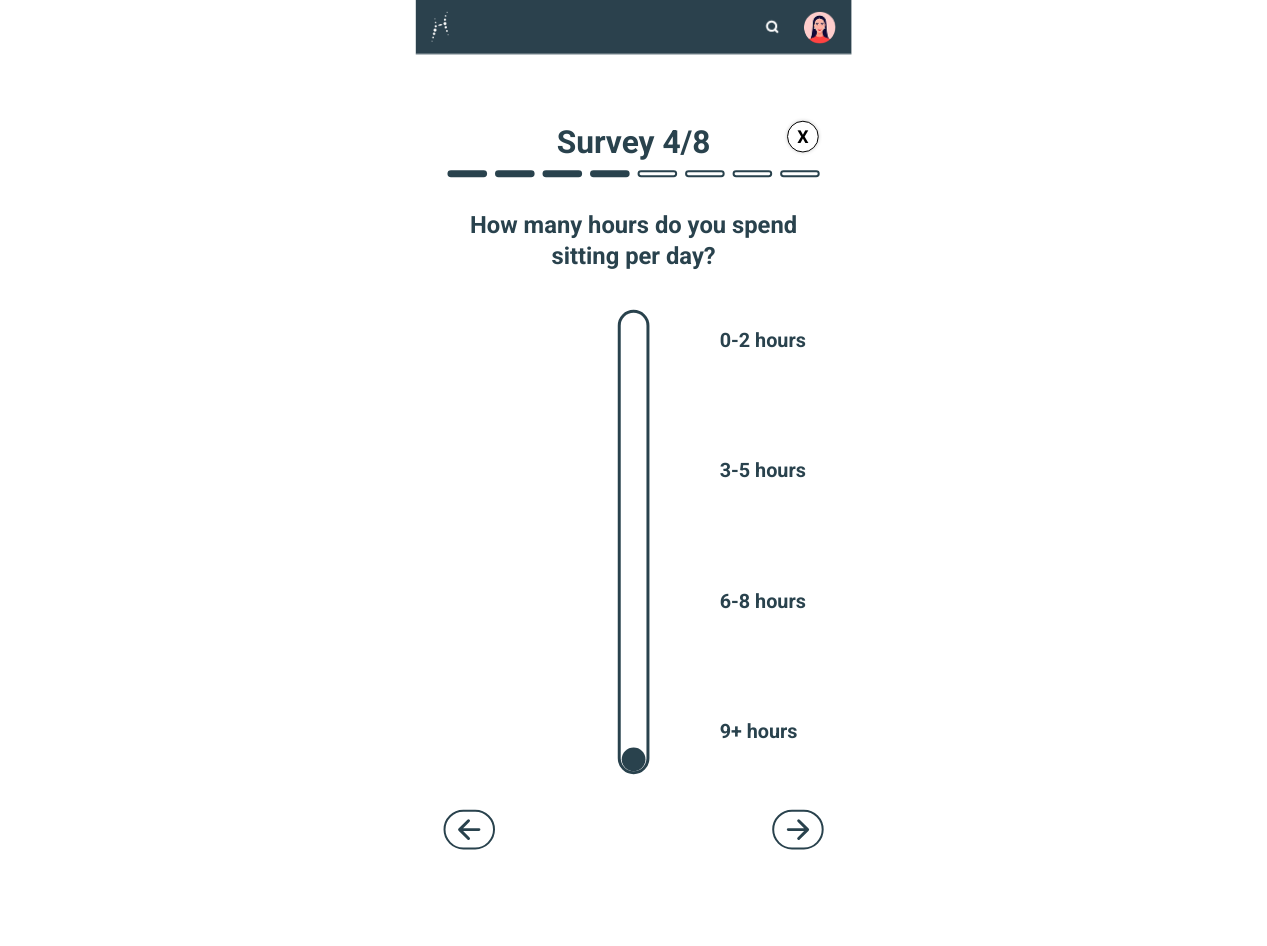
Repository: patcha-d3/heal_u
Page: /onboarding/step-four
The author's editor kept a copy of each file at every save. The page is drawn from the files as they stood at one save, then again after the next save.
The browser window is 1280 px wide. The pictures show the whole page, at 99% of full size.
The project was rebuilt for these pictures with package versions that can differ from the ones it lists, and the page was loaded fresh each time. The framework's server and built-in components were replaced by stand-ins that run in the browser. Also part of the build but not shown: next.config.js, next.config.mjs, ui/Bottomnav/Bottomnav.module.css, ui/Bottomnav/Bottomnav.js, ui/SurveyProgress/Surveyprogress.css.

Above is the page before, as saved 2025-05-16 18:16:45.

After the next save:
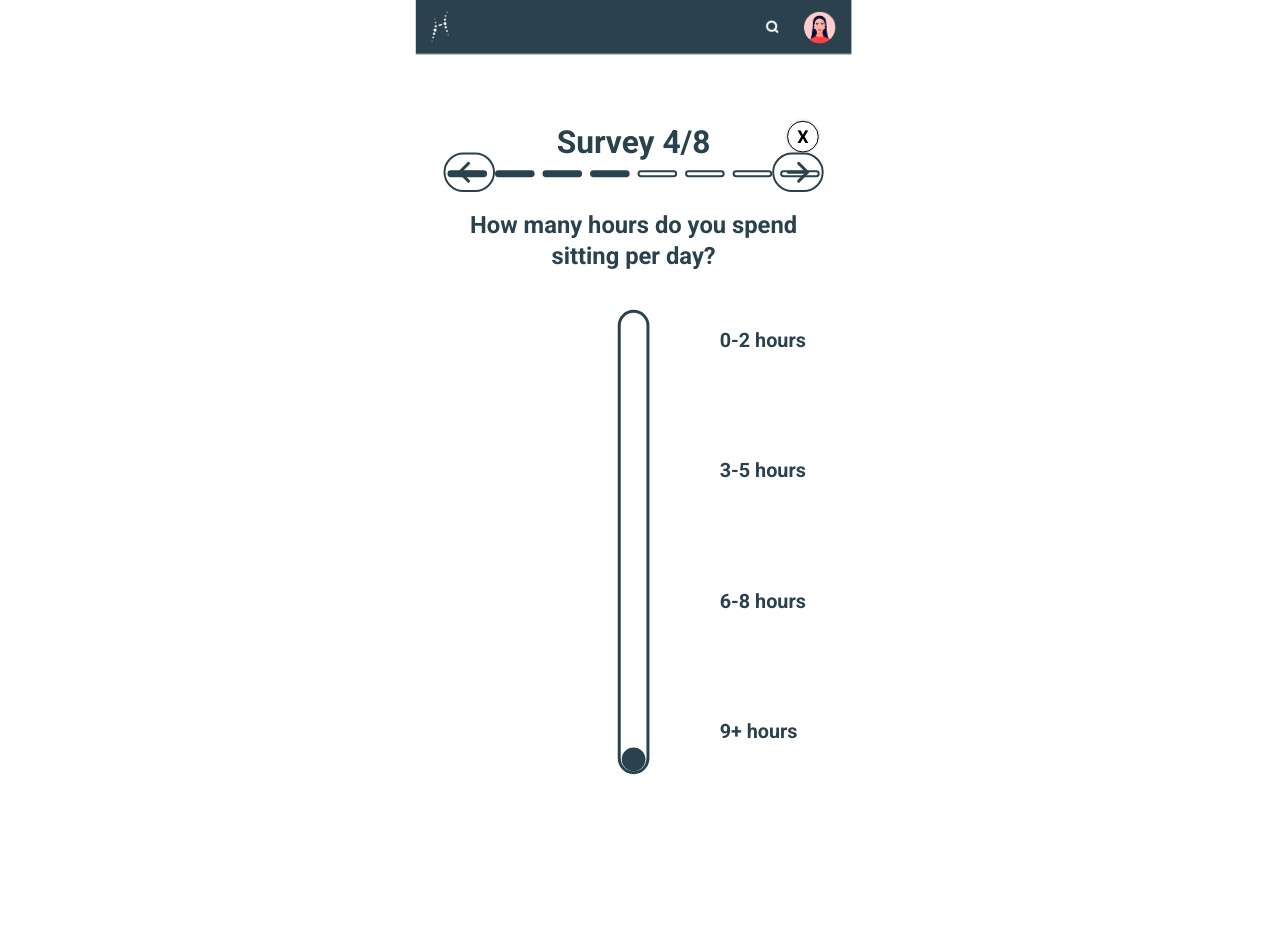
Saved 31 s later.
--- a/app/onboarding/step-four/page.js
+++ b/app/onboarding/step-four/page.js
@@ -14,14 +14,10 @@
 	const totalSteps = 8;
 	const router = useRouter();
 
-	const handleSliderChange = (value) => {
-		setSelectedHours(value);
-	};
-
 	return (
 		<div className='w-[406px] h-[800px] relative'>
 			<ExitChip className='absolute top-[16px] right-[16px]' />
-			<div className='absolute bottom-[48px] left-0 right-0 flex justify-between px-[11px]'>
+			<div className='absolute top-[48px] left-0 right-0 flex justify-between px-[11px]'>
 				<ButtonBack
 					onClick={() =>
 						router.push(
@@ -53,7 +49,7 @@
 						<Verticalslider
 							value={selectedHours}
 							onChange={
-								handleSliderChange
+								setSelectedHours
 							}
 						/>
 					</div>

After the save that followed:
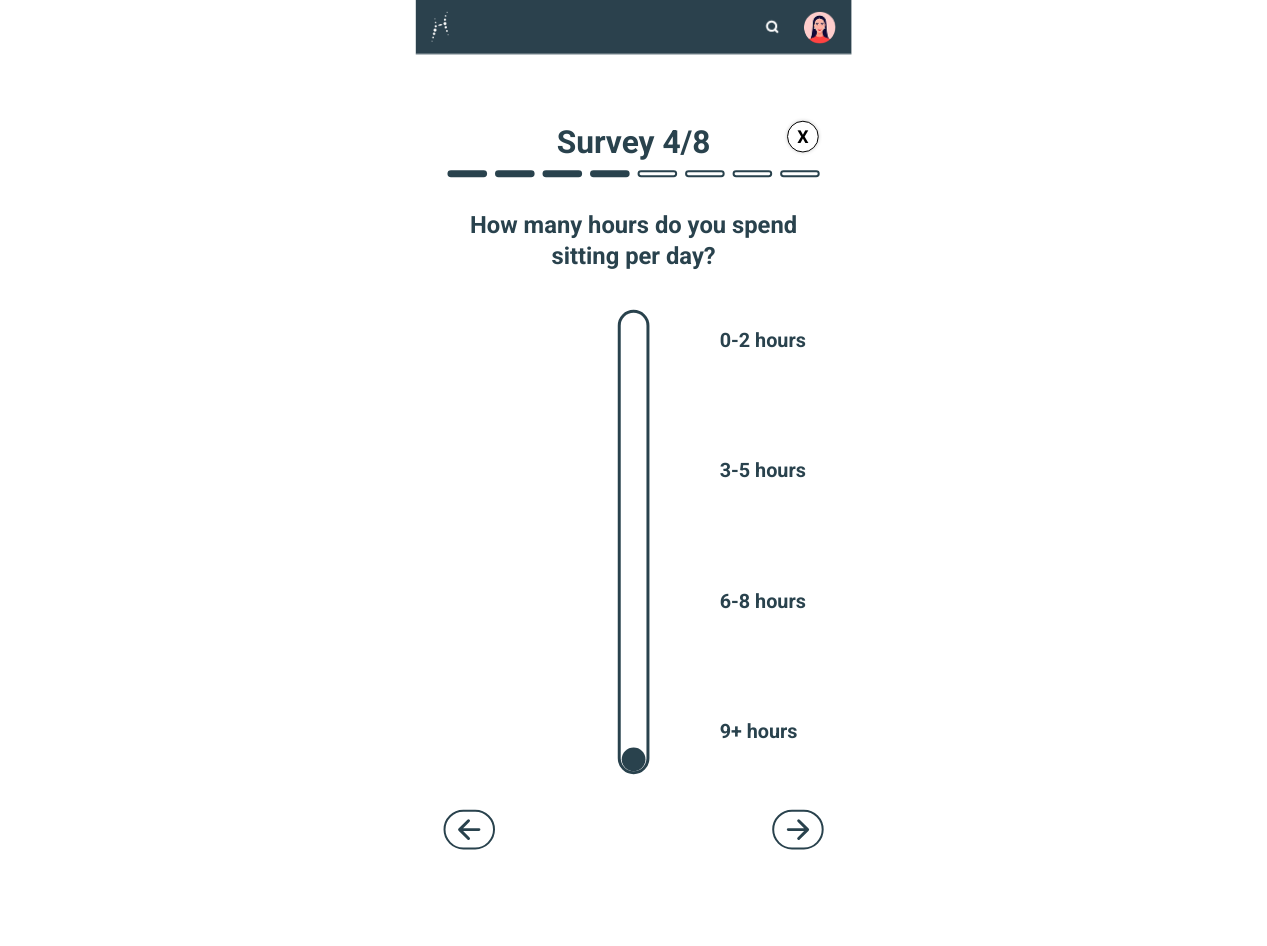
Saved 29 s later.
--- a/app/onboarding/step-four/page.js
+++ b/app/onboarding/step-four/page.js
@@ -17,7 +17,7 @@
 	return (
 		<div className='w-[406px] h-[800px] relative'>
 			<ExitChip className='absolute top-[16px] right-[16px]' />
-			<div className='absolute top-[48px] left-0 right-0 flex justify-between px-[11px]'>
+			<div className='absolute bottom-[48px] left-0 right-0 flex justify-between px-[11px]'>
 				<ButtonBack
 					onClick={() =>
 						router.push(
